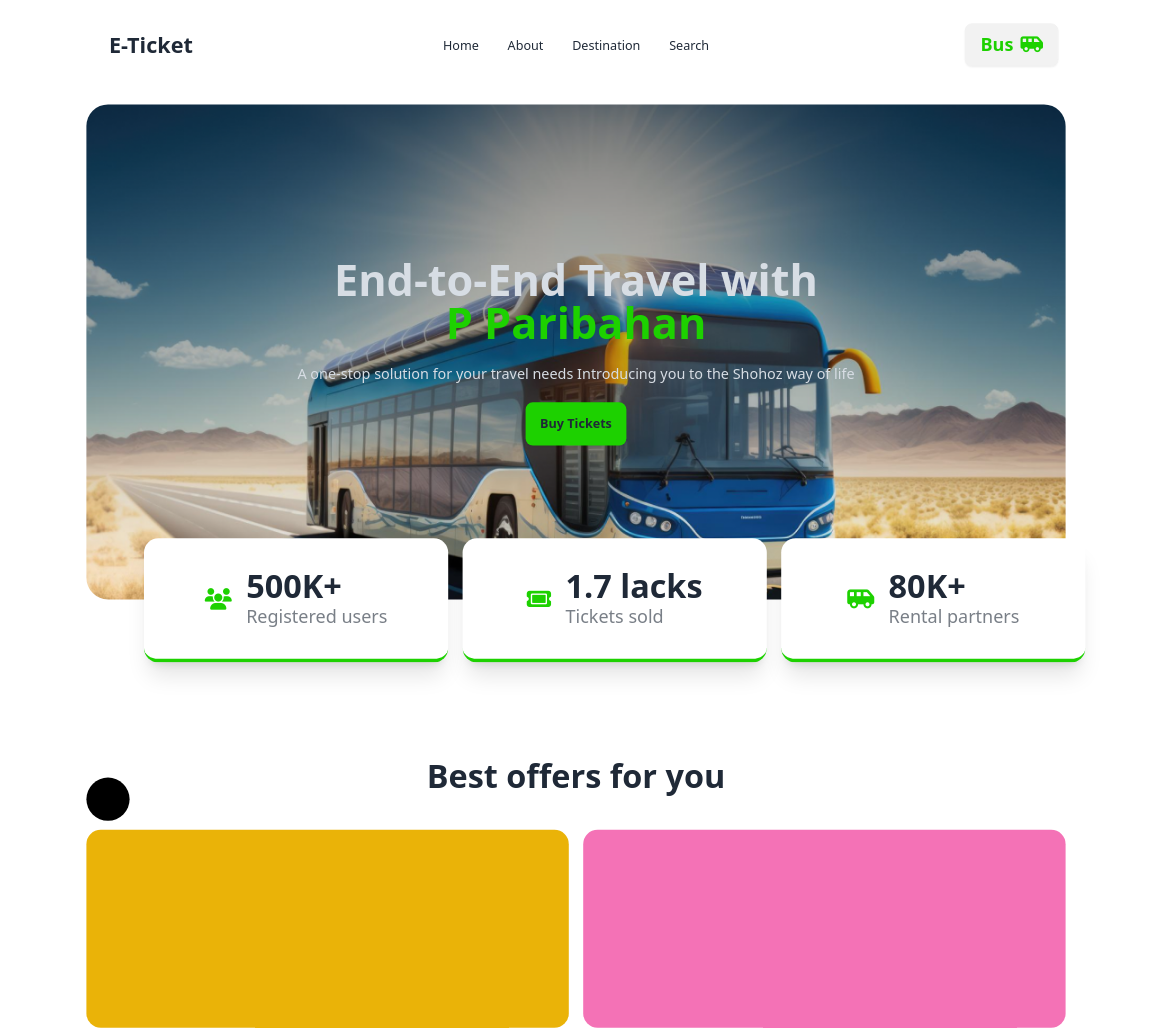
Repository: RudrasahaDibos/Smart-ticketing
Page: index.html
These files come from the project's save history. The page is drawn as it stood at one moment and after the next save; the edit follows.
The browser window is 1280 px wide. The pictures show the whole page, at 90% of full size.
Some web fonts or font styles are not loaded; a fallback is used. Some web libraries are served in a nearby version.

Above is the page before, as saved 2024-11-10 01:11:06.

### index.html
<!DOCTYPE html>
<html lang="en">
<head>
    <meta charset="UTF-8">
    <meta name="viewport" content="width=device-width, initial-scale=1.0">
    <title>Smart-ticketing</title>
    <!-- tailwind link -->
<link href="https://cdn.jsdelivr.net/npm/daisyui@4.12.14/dist/full.min.css" rel="stylesheet" type="text/css" />
<script src="https://cdn.tailwindcss.com"></script>
<!-- font awesome link -->
<link rel="stylesheet" href="https://cdnjs.cloudflare.com/ajax/libs/font-awesome/6.6.0/css/all.min.css" integrity="sha512-Kc323vGBEqzTmouAECnVceyQqyqdsSiqLQISBL29aUW4U/M7pSPA/gEUZQqv1cwx4OnYxTxve5UMg5GT6L4JJg==" crossorigin="anonymous" referrerpolicy="no-referrer" />

<!-- google fonts  -->
<link rel="preconnect" href="https://fonts.googleapis.com">
<link rel="preconnect" href="https://fonts.gstatic.com" crossorigin>
<link href="https://fonts.googleapis.com/css2?family=Anton+SC&family=Manrope:wght@200..800&family=Raleway:ital,wght@0,100..900;1,100..900&display=swap" rel="stylesheet">

<style>
.raleway{
  font-family: "Raleway", sans-serif;
}
</style>



</head>
<body>
    <!-- header ends here -->
    <header  class="container mx-auto lg:pl-24 lg:pr-24 lg:pt-4 w-[1400px]">
               <div>
                <!-- navbar starts here -->
                <div class="navbar bg-base-100">
                    <div class="navbar-start">
                      <div class="dropdown">
                        <div tabindex="0" role="button" class="btn btn-ghost lg:hidden">
                          <svg
                            xmlns="http://www.w3.org/2000/svg"
                            class="h-5 w-5"
                            fill="none"
                            viewBox="0 0 24 24"
                            stroke="currentColor">
                            <path
                              stroke-linecap="round"
                              stroke-linejoin="round"
                              stroke-width="2"
                              d="M4 6h16M4 12h8m-8 6h16" />
                          </svg>
                        </div>
                        <ul
                          tabindex="0"
                          class="menu menu-sm dropdown-content bg-base-100 rounded-box z-[1] mt-3 w-52 p-2 shadow">
                          <li><a>Home</a></li>
                          <li><a>About</a></li>
                          <li><a>Destination</a></li>
                          <li><a>Search</a></li>
                        </ul>
                      </div>
                      <a class="btn btn-ghost text-2xl font-extrabold">E-Ticket</a>
                    </div>
                    <div class="navbar-center hidden lg:flex">
                      <ul class="menu menu-horizontal px-1">
                        <li><a>Home</a></li>
                        <li><a>About</a></li>
                        <li><a>Destination</a></li>
                        <li><a>Search</a></li>
                      </ul>
                    </div>
                    <div class="navbar-end">
                      <a class="btn text-[#1DD100]  border-1  text-xl">Bus <i class="fa-solid fa-van-shuttle"></i></a>
                    </div>
                  </div>
               </div>

              <!-- banner start here -->

              <div
              class="hero h-[550px] mt-8 bg-[url('/images/banner.png')] rounded-3xl relative">

              <div class="hero-content text-neutral-content text-center">
                <div class="">
                  <h1 class="mb-5 text-5xl font-extrabold">End-to-End Travel with <br> <span class="text-5xl text-[#1DD100]  font-extrabold">P Paribahan</span></h1>
                  <p class="mb-5">
                    A one-stop solution for your travel needs

                    Introducing you to the Shohoz way of life
                  </p>
                  <button class="btn bg-[#1DD100] border-none">Buy Tickets</button>
                </div>
              </div>
            </div>



                 <!-- banner end here -->

                <!-- 3 card start here  -->

                        <div class=" flex justify-between items-center gap-4 pl-16 pr-16 absolute -bottom-4   ">
                            <div class="stat flex bg-white justify-center items-center shadow-xl  border-b-4 border-b-[#1DD100]  rounded-2xl w-[338px] h-[138px]">
                                <div class="text-[#1DD100] text-2xl font-extrabold ">
                                    <i class="fa-solid fa-users"></i>
                                  </div>

                             <div>
                                <div class="stat-value">500K+</div>
                                <div class="stat-desc text-xl ">Registered users</div>
                             </div>


                            </div>

                            <div class="stat flex bg-white justify-center items-center  border-b-4 border-b-[#1DD100] shadow-xl  rounded-2xl w-[338px] h-[138px]">
                                <div class="text-[#1DD100] text-2xl font-extrabold ">
                                    <i class="fa-solid fa-ticket  "></i>

                                  </div>

                             <div>
                                <div class="stat-value">1.7 lacks</div>
                                <div class="stat-desc text-xl ">Tickets sold</div>
                             </div>


                            </div>

                            <div class="stat flex bg-white justify-center items-center  border-b-4 border-b-[#1DD100] shadow-xl  rounded-2xl w-[338px] h-[138px]">
                                <div class="text-[#1DD100] text-2xl font-extrabold ">
                                    <i class="fa-solid fa-van-shuttle"></i>

                                  </div>

                             <div>
                                <div class="stat-value">80K+</div>
                                <div class="stat-desc text-xl ">Rental partners</div>
                             </div>


                            </div>
                          </div>




                  <!-- 3 card ends here -->

               <!-- navbar Ends here -->
    </header>
    <!-- header ends here -->


     <!-- main start here -->
    <main class="container mx-auto lg:pl-24 lg:pr-24 lg:pt-4 w-[1400px]" >
                  <!-- Best offers for you start here -->
                     <section class="mt-40">
                               <h1 class="text-4xl font-semibold text-center">Best offers for you</h1>

                                <div class="flex gap-4 mt-10">
                                    <div class="bg-yellow-500  w-[573px] h-[220px] rounded-2xl">
                                               <p class="bg-black w-[48px] h-[48px] absolute mx-auto rounded-full  -bottom-48 left-"></p>
                                    </div>
                                    <div class="bg-pink-400   w-[573px] h-[220px] rounded-2xl">

                                    </div>
                                </div>
                     </section>

                  <!-- Best offers for you ends here -->
    </main>
    <!-- main ends here -->



    <!-- js add -->
     <script src="index.js"></script>
</body>
</html>

Loaded but not shown: index.js (common file)

After the next save:
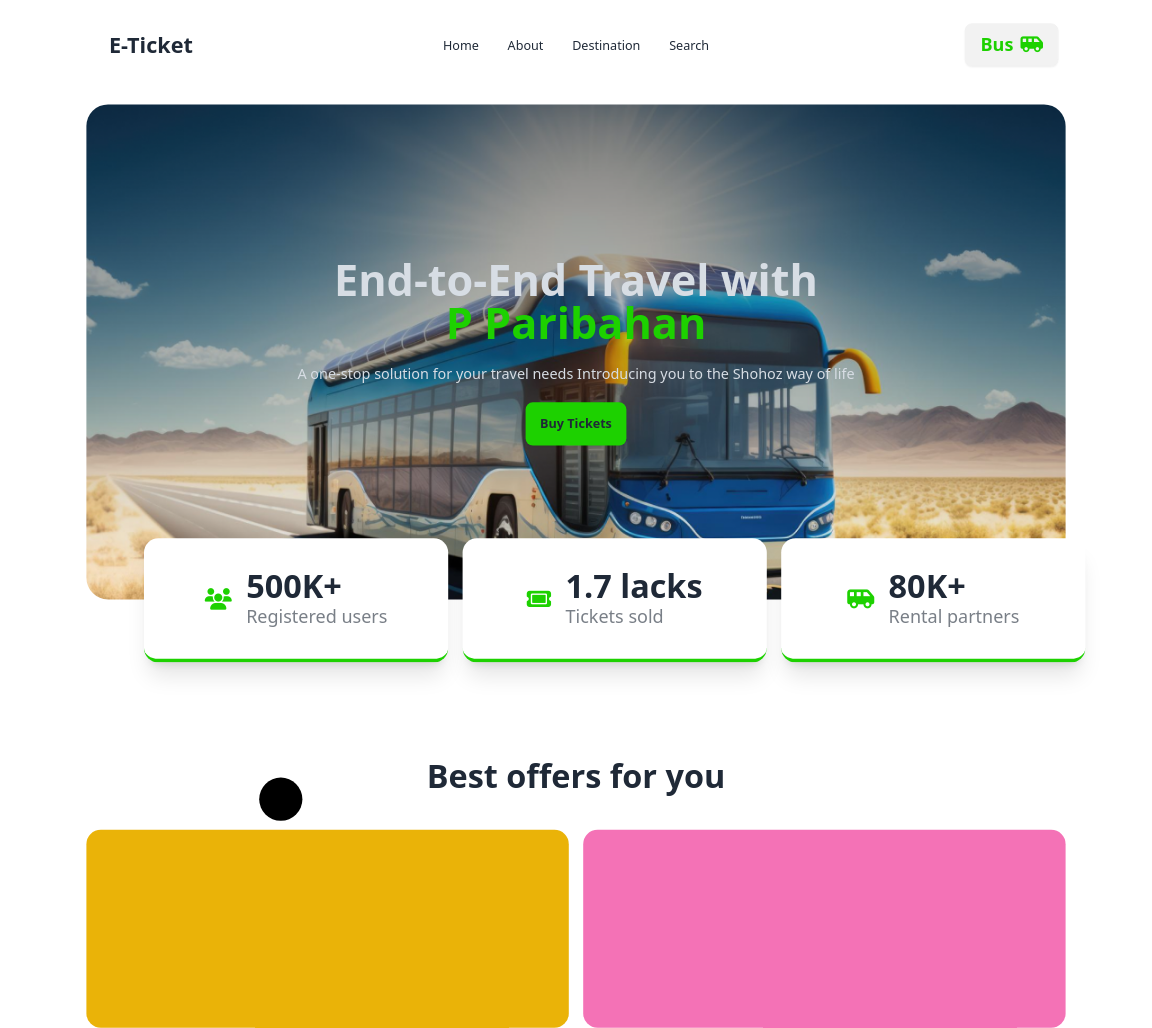
Saved 6 s later.
--- a/index.html
+++ b/index.html
@@ -156,7 +156,7 @@
 
                                 <div class="flex gap-4 mt-10">
                                     <div class="bg-yellow-500  w-[573px] h-[220px] rounded-2xl">
-                                               <p class="bg-black w-[48px] h-[48px] absolute mx-auto rounded-full  -bottom-48 left-"></p>
+                                               <p class="bg-black w-[48px] h-[48px] absolute mx-auto rounded-full  -bottom-48 left-72"></p>
                                     </div>
                                     <div class="bg-pink-400   w-[573px] h-[220px] rounded-2xl">
 
